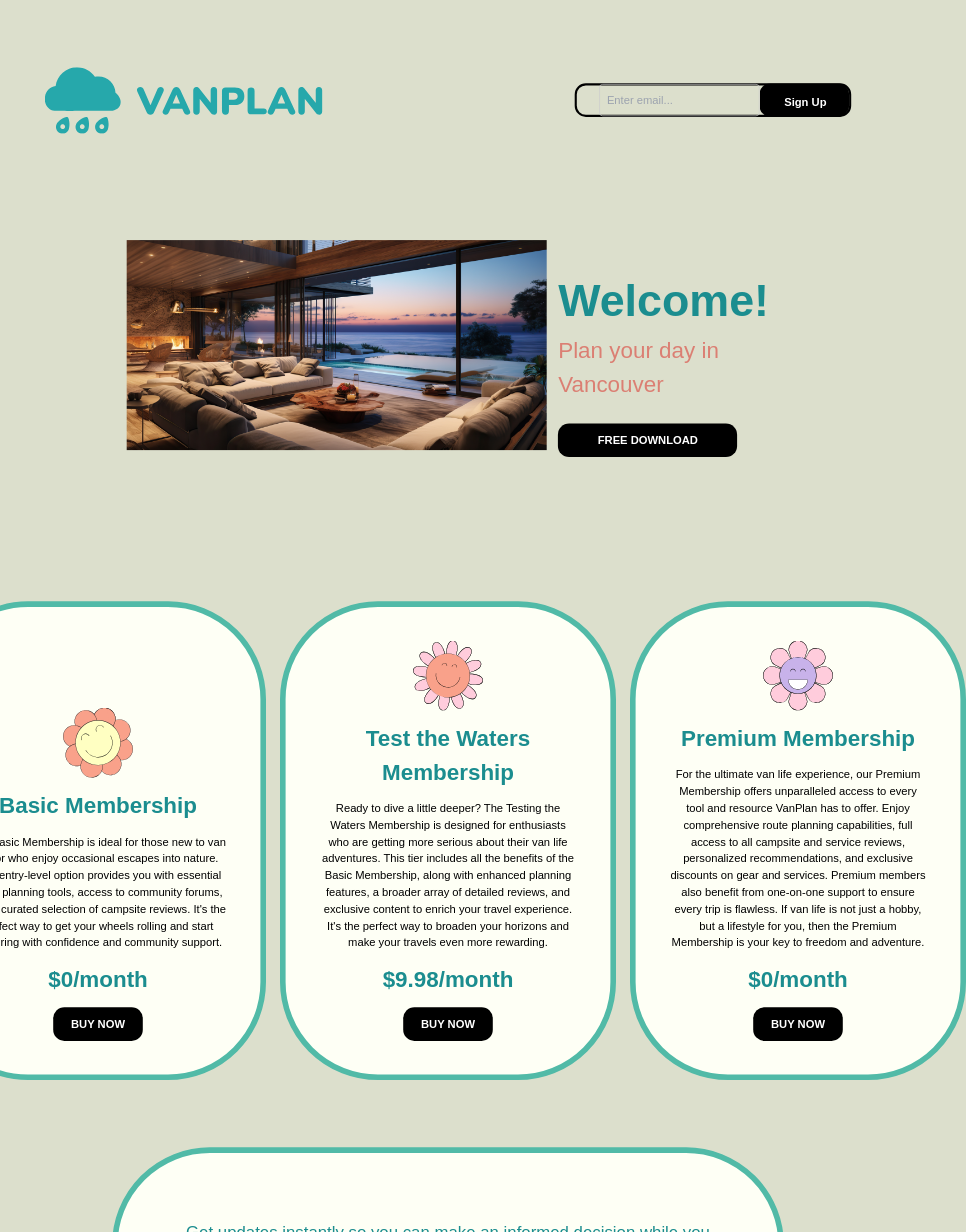
Repository: SaraShio/landing-page
Page: /
These files come from the project's save history. The page is drawn as it stood at one moment and after a run of saves; the edit follows.
The browser window is 1280 px wide. The page is 1380 px wide, so the pictures cover 1380 px, including what lies to the right of the window. The pictures show the part of the page from y = 0 to 1760 px (the page is 2608 px tall), at 70% of full size.
The project was rebuilt for these pictures with package versions that can differ from the ones it lists, and the page was loaded fresh each time. The framework's server and built-in components were replaced by stand-ins that run in the browser. Also part of the build but not shown: next.config.mjs.

Above is the page before, as saved 2024-03-08 22:24:50.

### src/pages/index.tsx
//import Spline from '@splinetool/react-spline';

import Image from "next/image";

import Header from "../../components/Header";
import Hero from "../../components/Hero";
import PriceCards from '../../components/PriceCards';
import SubBanner from "../../components/SubBanner";
import Subscribe from "../../components/Subscribe";
import Footer from "../../components/Footer";

export default function Home() {
  return (
    <main className={`flex min-h-screen flex-col items-center justify-between p-24`}>
      <Header />
      <Hero/>
      <PriceCards/>
      <SubBanner/>
      <Subscribe/>
      <Footer />
    </main>
  );
}

### src/styles/globals.css
@tailwind base;
@tailwind components;
@tailwind utilities;

@import url('https://fonts.googleapis.com/css2?family=Nunito:wght@400;600;700&display=swap');

:root {
 --black:#000000;
 --white: #FFFFFF;
 --light-gray: #fefff5;
 --gray: #B6B6B6;
 --teal: #26A8AB;
 --dark-teal: #1b8d8f;
 --mint: #51BAA7;
 --salmon: #DB7F73;
 --light-green: #DCDFCC;

 --card-padding: 3rem;
 --sub-banner-padding: 6rem;
}

body {
  font-family: 'Nunito', sans-serif;
  background-color: var(--light-green);
}

### components/Header/index.tsx
import Image from "next/image";
import styles from "./Header.module.css";

export default function Header() {
  return (
    <>
      <div className={styles.header_container}>
        <div className={styles.logo_img}>
          <Image
            src="/images/green_logo.svg"
            alt="VanPlan Logo"
            width={400}
            height={400}
          />
        </div>

        <div className={styles.input_container}>
        <form>
            <input type="text" placeholder="Enter email...">

            </input>
        </form>
        <button className={styles.signup_button}>Sign Up</button>
        </div>
      </div>
    </>
  );
}

### components/Hero/index.tsx
import { style } from "@mui/system";
import Image from "next/image";
import styles from "./Hero.module.css";

export default function Hero() {
  return (
    <>
      <div className={styles.hero_container}>
        <Image src="/images/test1.jpeg" alt="Test" width={600} height={600} />

        <div className={styles.info_container}>
          <h1 className={styles.title}>Welcome!</h1>
          <h1 className={styles.subtitle}>Plan your day in<br></br>Vancouver</h1>

          <button className={styles.download_button}>FREE DOWNLOAD</button>
        </div>
      </div>
    </>
  );
}

### components/PriceCards/index.tsx
import styles from './PriceCards.module.css';

import CardOne from "../CardOne";
import CardTwo from "../CardTwo";
import CardThree from "../CardThree";

export default function PriceCards() {
  return (
    <>
      <div className={styles.price_card_container}>
        <CardOne />
        <CardTwo />
        <CardThree />
      </div>
    </>
  );
}

### components/SubBanner/index.tsx
import Image from "next/image";
import styles from "./SubBanner.module.css";


export default function SubBanner() {
  return (
    <main className={styles.sub_banner_container}>

    <h1>Get updates instantly so you can make an informed decision while you are planning your day! We use OpenWeather API so you can be assured the information is correct! And TripAdvisor API to get you the information on the location you want!</h1>

    <Image src="/images/test5.svg" alt="Test" width={100} height={100} />


    </main>
  );
}

### components/Subscribe/index.tsx
import Image from "next/image";
import styles from "./Subscribe.module.css";

export default function Subscribe() {
  return (
    <main className={styles.subscribe_container}>
      <h1>Subscribe!</h1>

      <form className={styles.input_container}>
        <input type="text" placeholder="Enter email..."></input>
        <button className={styles.signup_button}>Sign Up</button>
      </form>

    </main>
  );
}

### components/Footer/index.tsx
import Image from 'next/image';
import styles from './Footer.module.css';

export default function Footer(){
    return (
        <>
            <footer className={styles.footer_container}>
                <p>&copy; {new Date().getFullYear()} Sara</p>
                <a href="https://github.com/Haydenleung/MDIA-3109-Final-Project.git" target="_blank" rel="noopener noreferrer">Github Repository</a>
            </footer>
        </>
    )
}

### components/Header/Header.module.css
.header_container{
    display: flex;
    justify-content: space-between;
    align-items: center;
    width: 100vw;
    padding-right: 4rem;
    padding-left: 4rem;
  }

  .signup_button{
    border: 3px solid var(--black);
    border-right: none;
    border-radius: 1rem;
    padding: 12px;
    width: 8rem;
    height: 3rem;
    background-color: var(--black);
    color: var(--white);
    font-weight: 600;
  }

  .input_container{
    display: flex;
    align-items: center;
    border: 3px solid var(--black);
    border-radius: 1rem;
    height: 3rem;
    padding-left: 2rem;
  }

  .input_container input {
    background: none; /* Remove any background */
    border: 1px solid #ccc; /* Add a subtle border, change color as needed */
    padding: 10px; /* Add some padding */
    border-radius: 5px; /* Optional: round the corners */
    color: inherit; /* Use the inherited font color */
    outline: none; /* Remove the blue outline on focus */
}

.input_container input:focus {
    border-color: #777; /* Change the border color when input is focused, adjust as needed */
    box-shadow: none; /* Remove any default browser focus styles */
}

### components/Hero/Hero.module.css
.hero_container {
    color: var(--salmon);
    padding: 120px;
    text-align: left;
    display: flex;
    flex-direction: row;
    align-items: center;
    justify-content: center;
    margin-top: 2rem;
    margin-bottom: 6rem;
}

.info_container{
padding-left: 1rem;
}

.title {
    font-size: 4rem;
    font-weight: bold;
    color: var(--dark-teal);
}

.subtitle {
    font-size: 2rem;
    padding-bottom: 2rem;
}

.download_button {
    border: none;
    border-radius: 1rem;
    padding: 12px;
    width: 16rem;
    height: 3rem;
    background-color: var(--black);
    color: var(--white);
    font-weight: 800;
    cursor: pointer;
    position: absolute;

  }

  .download_button:hover {
    background-color: var(--white);
    color: var(--dark-teal);
    border: 2px solid var(--dark-teal);
    width: 18rem;
    height: 3rem;
  }

### components/PriceCards/PriceCards.module.css
.price_card_container {
    display: flex;
    flex-direction: row;
    align-items: stretch;
    justify-content: space-around;
    gap: 20px;
  }

### components/CardOne/index.tsx
import Image from "next/image";
import styles from "./CardOne.module.css";

export default function CardOne() {
  return (
    <>
      <div className={styles.card_one_container}>
        <Image src="/images/test2.svg" alt="Test" width={100} height={100} />
        <h1>Basic Membership</h1>
        <p>
          Our Basic Membership is ideal for those new to van life or who enjoy
          occasional escapes into nature. This entry-level option provides you
          with essential route planning tools, access to community forums, and a
          curated selection of campsite reviews. It's the perfect way to get
          your wheels rolling and start exploring with confidence and community
          support.
        </p>

        <h1>$0/month</h1>

        <button className={styles.buy_button}>BUY NOW</button>
      </div>
    </>
  );
}

### components/CardTwo/index.tsx
import Image from "next/image";
import styles from "./CardTwo.module.css";

export default function CardTwo() {
  return (
    <>
      <div className={styles.card_two_container}>
      <Image src="/images/test3.svg" alt="Test" width={100} height={100} />
      <h1>Test the Waters Membership</h1>
      <p>Ready to dive a little deeper? The Testing the Waters Membership is designed for enthusiasts who are getting more serious about their van life adventures. This tier includes all the benefits of the Basic Membership, along with enhanced planning features, a broader array of detailed reviews, and exclusive content to enrich your travel experience. It's the perfect way to broaden your horizons and make your travels even more rewarding.</p>

      <h1>$9.98/month</h1>

      <button className={styles.buy_button}>BUY NOW</button>
      </div>
    </>
  );
}

### components/CardThree/index.tsx
import Image from "next/image";
import styles from "./CardThree.module.css";

export default function CardThree() {
  return (
    <>
      <div className={styles.card_three_container}>
        <Image src="/images/test4.svg" alt="Test" width={100} height={100} />
        <h1>Premium Membership</h1>
        <p>
          For the ultimate van life experience, our Premium Membership offers
          unparalleled access to every tool and resource VanPlan has to offer.
          Enjoy comprehensive route planning capabilities, full access to all
          campsite and service reviews, personalized recommendations, and
          exclusive discounts on gear and services. Premium members also benefit
          from one-on-one support to ensure every trip is flawless. If van life
          is not just a hobby, but a lifestyle for you, then the Premium
          Membership is your key to freedom and adventure.
        </p>

        <h1>$0/month</h1>

        <button className={styles.buy_button}>BUY NOW</button>
      </div>
    </>
  );
}

### components/SubBanner/SubBanner.module.css
.sub_banner_container{
    border: 8px solid var(--mint);
    border-radius: 140px;
    background-color: var(--light-gray);
    padding: var(--sub-banner-padding);
    width: 60rem;
    display: flex;
    flex-direction: column;
    justify-content: center;
    align-items: center;
    text-align: center;
    font-size: 1.5rem;
    color: var(--dark-teal);
    margin-top: 6rem;
    margin-bottom: 6rem;
}

### components/Subscribe/Subscribe.module.css
.subscribe_container{
    display: flex;
    flex-direction: row;
    align-items: center;
    border: 2px solid var(--black);
    border-radius: 2rem;
    padding: var(--card-padding);
}

.signup_button{
    border: 3px solid var(--black);
    border-right: none;
    border-radius: 1rem;
    padding: 12px;
    width: 8rem;
    height: 3rem;
    background-color: var(--black);
    color: var(--white);
    font-weight: 600;
  }

  .input_container{
    display: flex;
    align-items: center;
    border: 3px solid var(--black);
    border-radius: 1rem;
    height: 3rem;
    padding-left: 2rem;
    margin-left: 2rem;
  }

### components/Footer/Footer.module.css
.footer_container {
    display: flex;
    flex-direction: column;
    justify-content: center;
    align-items: center;
    width: 100vw;
    padding-top: 8rem;
}

### components/CardOne/CardOne.module.css
.card_one_container {
    border: 8px solid var(--mint);
    border-radius: 140px;
    padding: var(--card-padding);
    background-color: var(--light-gray);
    width: 30rem;
    display: flex;
    flex-direction: column;
    justify-content: end;
    align-items: center;
    text-align: center;
  }

  .card_one_container > h1 {
    font-size: 2rem;
    color: var(--dark-teal);
    font-weight: bold;
    margin-top: 1rem;
    margin-bottom: 1rem;
    text-align: center;
  }

  .buy_button {
    border: none;
    border-radius: 1rem;
    padding: 12px;
    width: 8rem;
    height: 3rem;
    background-color: var(--black);
    color: var(--white);
    font-weight: 800;
    cursor: pointer;
  }

  .buy_button:hover {
    background-color: var(--white);
    color: var(--dark-teal);
    border: 2px solid var(--dark-teal);
    width: 10rem;
    height: 3rem;
  }

### components/CardTwo/CardTwo.module.css
.card_two_container {
  border: 8px solid var(--mint);
  border-radius: 140px;
  padding: var(--card-padding);
  background-color: var(--light-gray);
  width: 30rem;
  display: flex;
  flex-direction: column;
  justify-content: center;
  align-items: center;
  text-align: center;
}

.card_two_container > h1 {
  font-size: 2rem;
  color: var(--dark-teal);
  font-weight: bold;
  margin-top: 1rem;
  margin-bottom: 1rem;
  text-align: center;
}

.buy_button {
  border: none;
  border-radius: 1rem;
  padding: 12px;
  width: 8rem;
  height: 3rem;
  background-color: var(--black);
  color: var(--white);
  font-weight: 800;
  cursor: pointer;
}

.buy_button:hover {
  background-color: var(--white);
  color: var(--dark-teal);
  border: 2px solid var(--dark-teal);
  width: 10rem;
  height: 3rem;
}

### components/CardThree/CardThree.module.css
.card_three_container {
  border: 8px solid var(--mint);
  border-radius: 140px;
  background-color: var(--light-gray);
  padding: var(--card-padding);
  width: 30rem;
  display: flex;
  flex-direction: column;
  justify-content: center;
  align-items: center;
  text-align: center;
}

.card_three_container > h1 {
  font-size: 2rem;
  color: var(--dark-teal);
  font-weight: bold;
  margin-top: 1rem;
  margin-bottom: 1rem;
  text-align: center;
}

.buy_button {
  border: none;
  border-radius: 1rem;
  padding: 12px;
  width: 8rem;
  height: 3rem;
  background-color: var(--black);
  color: var(--white);
  font-weight: 800;
  cursor: pointer;
}

.buy_button:hover {
  background-color: var(--white);
  color: var(--dark-teal);
  border: 2px solid var(--dark-teal);
  width: 10rem;
  height: 3rem;
}

Loaded but not shown: src/pages/_app.tsx (common file); src/pages/_document.tsx (common file); tailwind.config.ts (common file)

After the next 2 saves:
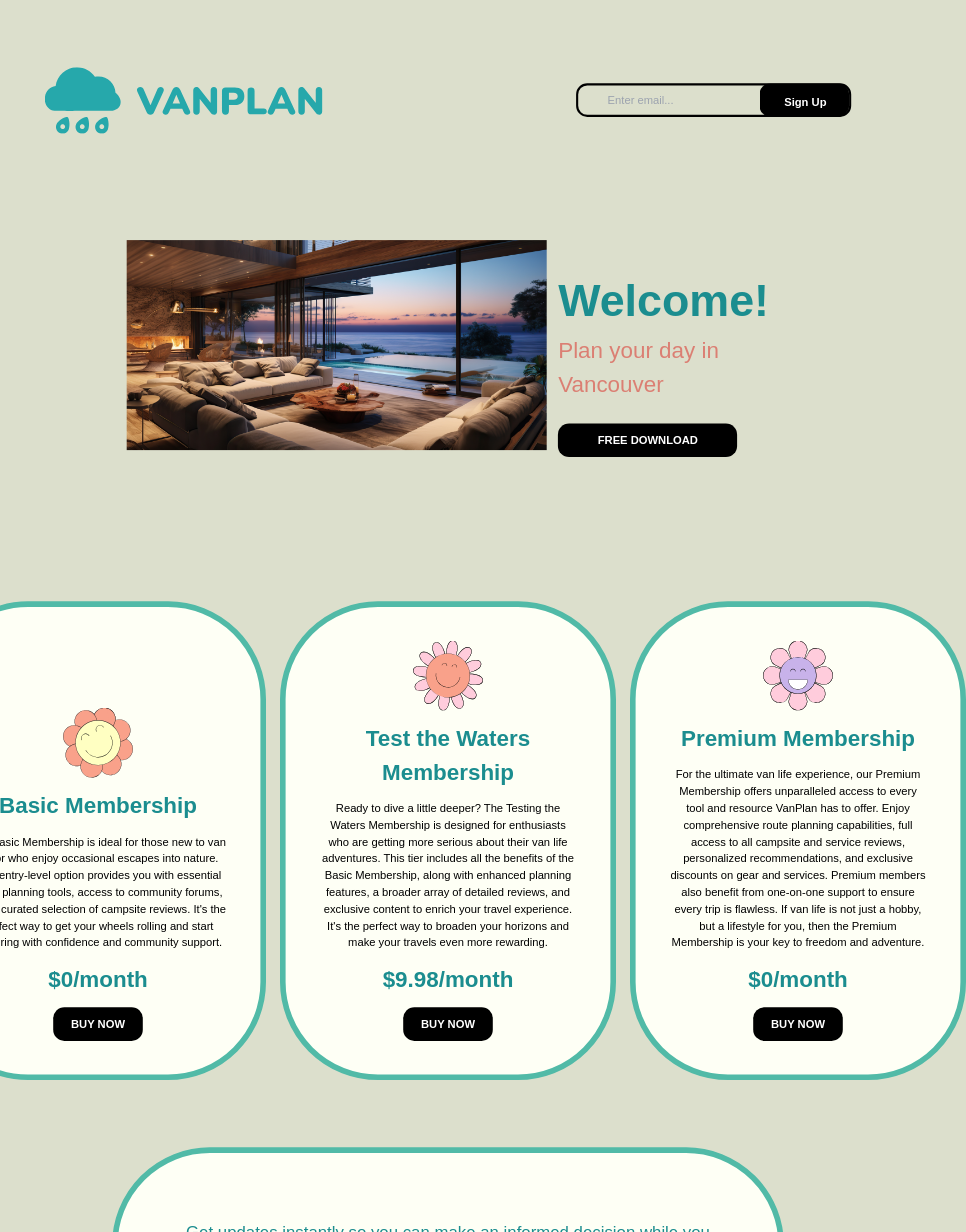
The 2 saves are shown as one change because they came seconds apart.
The last was saved 19 s later.
--- a/components/Header/Header.module.css
+++ b/components/Header/Header.module.css
@@ -29,8 +29,7 @@
   }
 
   .input_container input {
-    background: none; /* Remove any background */
-    border: 1px solid #ccc; /* Add a subtle border, change color as needed */
+    background: none;
     padding: 10px; /* Add some padding */
     border-radius: 5px; /* Optional: round the corners */
     color: inherit; /* Use the inherited font color */
